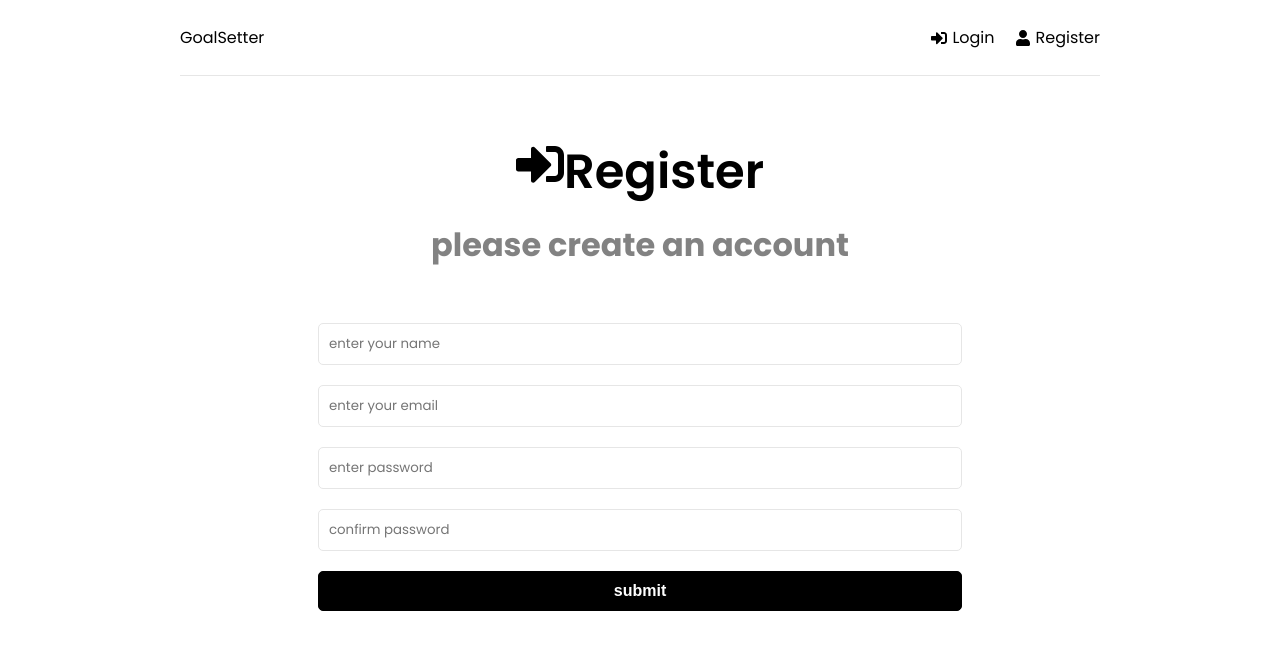
Repository: Shanshan67/React_Node_mongodb
Page: /login (app in frontend/)
These files come from the project's save history. The page is drawn as it stood at one moment and after the next save; the edit follows.
The browser window is 1280 px wide. The pictures show the whole page.
The project was rebuilt for these pictures with package versions that can differ from the ones it lists, and the page was loaded fresh each time. Also part of the build but not shown: frontend/src/pages/Dashboard.jsx, frontend/src/pages/Register.jsx.

Above is the page before, as saved 2023-01-25 23:27:03.

After the next save:
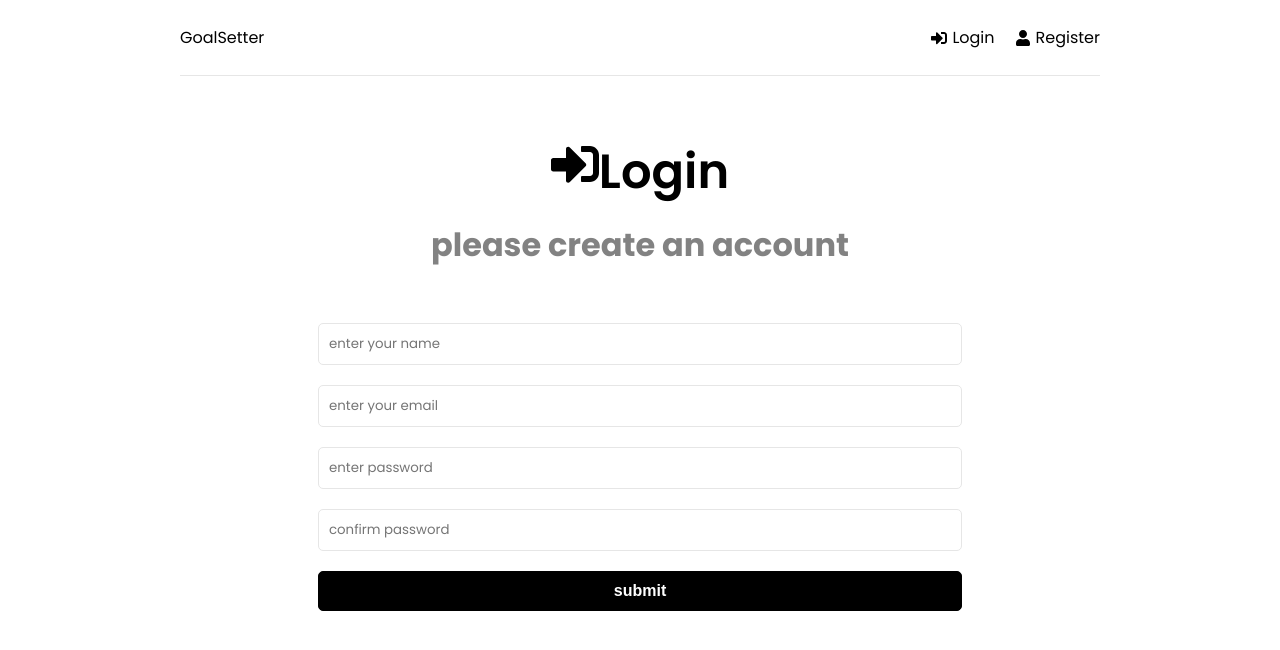
Saved 99 s later.
--- a/frontend/src/pages/Login.jsx
+++ b/frontend/src/pages/Login.jsx
@@ -25,7 +25,7 @@ function Login() {
     <div>
       <section className="heading">
         <h1>
-          <FaSignInAlt/>Register
+          <FaSignInAlt/>Login
         </h1>
         <p>please create an account</p>
       </section>
